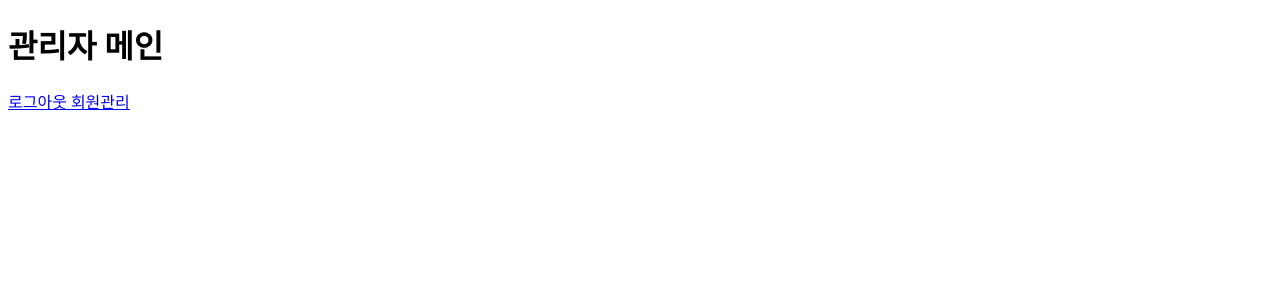
Repository: pyeonm30/PYMjspWorkspace
Page: http://localhost/basicJSP/05_member_login/01_11_adminMain.jsp
An editor plug-in stored every save of this project. The page is shown before and after the next save, followed by the edit.
The browser window is 1280 px wide. The pictures show the whole page.
The page is served by Tomcat 9.

Above is the page before, as saved 2024-01-31 01:26:22.

After the next save:
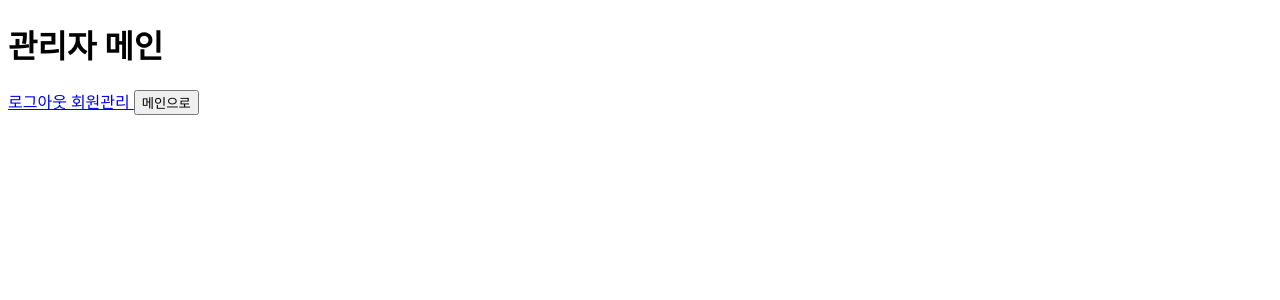
Saved 47 s later.
--- a/basicJSP/src/main/webapp/05_member_login/01_11_adminMain.jsp
+++ b/basicJSP/src/main/webapp/05_member_login/01_11_adminMain.jsp
@@ -10,6 +10,6 @@
 <h1> 관리자 메인 </h1>
 	<a href="02_main.jsp<%session.setAttribute("log", -1); %>"> 로그아웃 </a>
 	<a href="01_13adminUserList.jsp"> 회원관리 </a>
-
+<input type="button" value="메인으로" id="btn" onclick="location.href='02_main.jsp'" />
 </body>
 </html>
